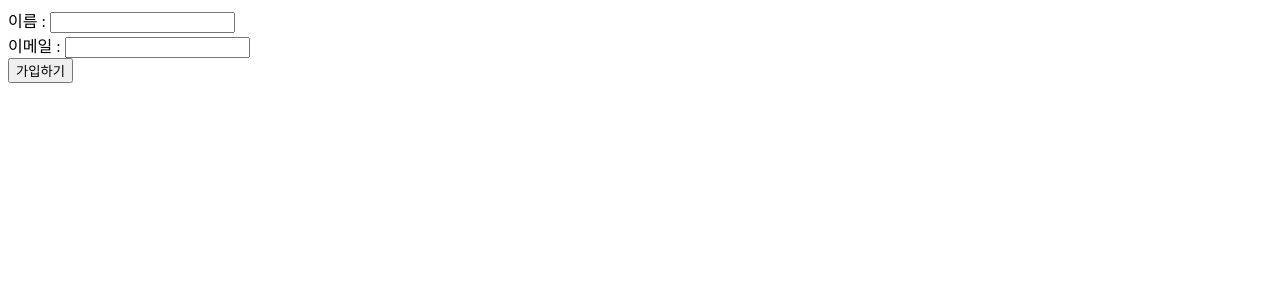
Repository: phoresis92/KITRI_JSP
Page: JSP_workspace/RequestServlet/WebContent/input.html
The author's editor kept a copy of each file at every save. The page is drawn from the files as they stood at one save, then again after the next save.
The browser window is 1280 px wide. The pictures show the whole page.

Above is the page before, as saved 2018-12-18 07:38:00.

After the next save:
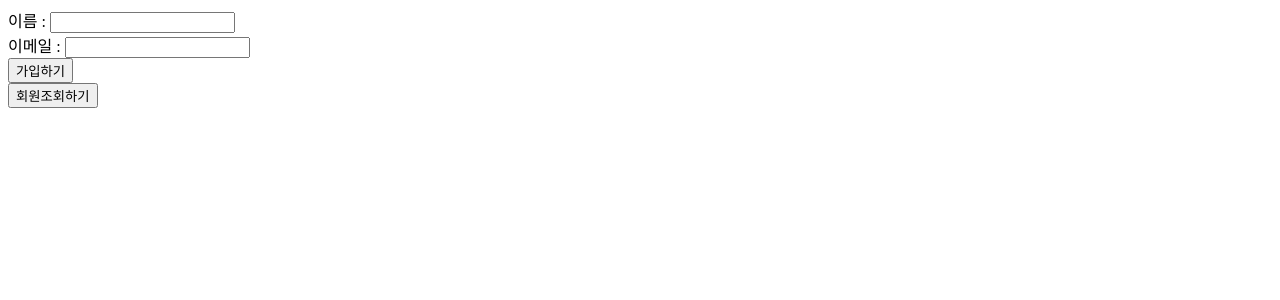
Saved 13 min 44 s later.
--- a/JSP_workspace/RequestServlet/WebContent/input.html
+++ b/JSP_workspace/RequestServlet/WebContent/input.html
@@ -10,5 +10,9 @@
 		<label>이메일 : </label><input name="p_email" type="text"><br>
 		<input type="submit" value="가입하기">
 	</form>
+
+	<form action="show.do" method="post">
+		<input type="submit" value="회원조회하기">
+	</form>
 </body>
 </html>
